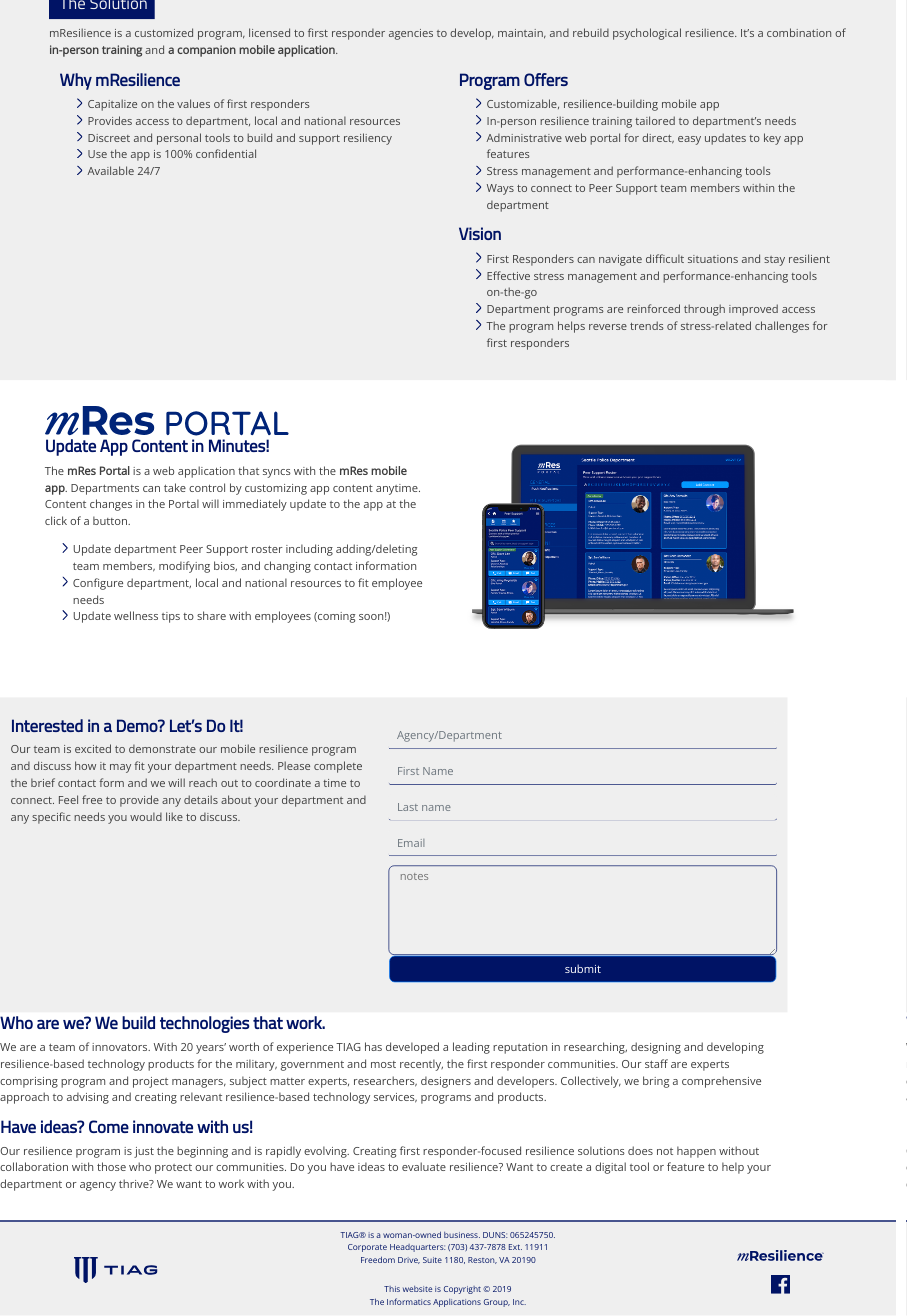
Repository: shenjune/mResilienceWebsite
Page: index.html
An editor plug-in stored every save of this project. The page is shown before and after the next save, followed by the edit.
The browser window is 1280 px wide. The page is 1295 px wide, so the pictures cover 1295 px, including what lies to the right of the window. The pictures show the part of the page from y = 1285 to 3165 px (the page is 3165 px tall before and 3145 px after), at 70% of full size.
Some web libraries are served in a nearby version.

Above is the page before, as saved 2019-11-09 13:09:13.

### index.html
<!doctype html>
<html lang="en">
<head>
	<title>TIAG mResilience</title>
	<!-- Required meta tags -->
	<meta charset="utf-8">
	<meta name="viewport" content="width=device-width, initial-scale=1, shrink-to-fit=no">

	<!-- NOTE: moved reset to before all other stylesheets -->
	<link rel="reset" href="./Assets/reset.css">

	<!-- Google Fonts -->
	<link href="https://fonts.googleapis.com/css?family=Titillium+Web&display=swap" rel="stylesheet">
	<link href="https://fonts.googleapis.com/css?family=Open+Sans&display=swap" rel="stylesheet">

	<!-- Bootstrap CSS -->
	<link rel="stylesheet" href="https://stackpath.bootstrapcdn.com/bootstrap/4.3.1/css/bootstrap.min.css" integrity="sha384-ggOyR0iXCbMQv3Xipma34MD+dH/1fQ784/j6cY/iJTQUOhcWr7x9JvoRxT2MZw1T" crossorigin="anonymous">

	<!-- Font Awesome CSS Icons (For cool glyphicons) -->
	<link rel="stylesheet" href="https://maxcdn.bootstrapcdn.com/font-awesome/4.5.0/css/font-awesome.min.css" />

	<!-- CSS Stylesheet -->
	<!-- NOTE: removed `media="screen"` attribute below since there's only one custom stylesheet -->
	<link rel="stylesheet" href="style.css"/>

</head>

<body>

<!-- 01 Nav -->
	<nav class="navbar navbar-expand-lg nav-bg-color navbar-light" id="nav">
		<a class="navbar-brand" href="#">
			<img src="Assets/Images/mResFullLogo1.svg" alt="mResilience Logo" class="img-fluid">
		</a>
		<button class="navbar-toggler" type="button" data-toggle="collapse" data-target="#navbarSupportedContent" aria-controls="navbarSupportedContent" aria-expanded="false" aria-label="Toggle navigation">
			<span class="navbar-toggler-icon"></span>
		</button>

		<!--Start of NavBar links-->
		<div class="collapse navbar-collapse titillium-font" id="navbarSupportedContent">
			<ul class="navbar-nav ml-auto">
			<!--NavBar Main Link-->
				<li class="nav-item">
					<a class="nav-link" href="#main"><h5 class= "secondFont">Main</h5><span class="sr-only">(current)</span></a>
				</li>
				<!--NavBar Why Link-->
				<li class="nav-item">
					<a class="nav-link" href="#why"><h5 class= "secondFont">The Why</h5></a>
				</li>
				<!--NavBar Features Link-->
				<li class="nav-item">
					<a class="nav-link" href="#portal-div"><h5 class= "secondFont">Features</h5></a>
				</li>
				<!--NavBar Contact Link-->
				<li class="nav-item">
					<a class="nav-link" href="#back-form"><h5 class= "secondFont">Contact</h5></a>
				</li>
				<!--NavBar About Link-->
				<li class="nav-item">
					<a class="nav-link" href="#about"><h5 class= "secondFont">About</h5></a>
				</li>
				<!--NavBar Facebook Link-->
				<li class="nav-item" id="nav-fb">
					<a href="https://www.facebook.com/mresilience/"  target= "_blank" class="nav-link"><img src="Assets/Images/Facebook.svg" alt="facebook logo"></a>
				</li>
				<!--NavBar TIAG Link to www.tiag.net-->
				<li class="nav-item" id="nav-tiag">
					<a href="http://tiag.net" target="_blank" class="nav-link"><img src="Assets/Images/TIAGlogo.svg" height="25Spx" alt="TIAG logo"></a>
				</li>
			</ul>
		</div>
	</nav>

	<!-- 02 Main -->
	<div class="row" id="main">
		<div class="col-lg-7 ml-auto col-sm-12">
			<img src="Assets/Images/01MainPhone.png" width="100%">
		</div>
		<div class="align-left col-lg-5 ml-auto ">
			<!-- Beginning header image and opening paragraph -->
			<img src="Assets/Images/mResLogo.svg" alt="mResLogo" class="mobilePadding" id="mResLogo">
			<h4 class="secondFont mobilePadding">
				Mobile App for First Responders
			</h4>
			<p class="lead mobilePadding" id="leadText">A customizable resilience-building app available 24/7 that provides direct access to peer support, department supported resources, and stress management tools.</p>
		</div>

		<div class="col-12" id="mainBottomImage">
			<!-- NOTE: style this image using id or class in the stylesheet -->
			<img src="Assets/Images/02MainFooterImage.png" id="mainBottomImage" alt="image of first responders">
		</div>
	</div>

	<!-- 03 The Why -->
	<div id="why">
		<div class="container">
			<div class="row">
				<div class="col-12">
					<!-- 03A: First Responder Challenges section-->
					<div id= "3A">
						<div class="row" id="challengesHeader">
							<h4 class="invert">First Responder Challenges</h4>
						</div>

						<!-- 03A: First Responder Challenges text -->
						<div class="row" id="challengeStatement">
							<p>First responders put resilience to the test every day. The ability to “bounce back” is critical to do the work of protecting and saving lives. But the challenges of first responder work hit at the core. <strong>Strengthening</strong> and <strongaintaining resilience</strong> are the cornerstone of any prevention program.</p>
						</div>

						<!-- 03A: Bullet Points -->
						<div class="row" id="titles">
							<!-- STRESS SECTION -->
							<div class="col-lg-6 col-sm-12" id="stressSubHeader">
								<h4 class= "secondFont">Effects of Stress & Trauma</h4>
								<!-- STRESS PTS -->
								<div class="row">
								<!-- STRESS BULLET POINTS I-->
									<div class="col-6" >
										<ul class="checkBullets">
											<li>Burnout</li>
											<li>Obesity</li>
											<li>Substance Abuse</li>
											<li>PTSD</li>
											<li>Depression</li>
										</ul>
									</div>
							<!-- STRESS BULLET POINTS PT II-->
									<div class="col-6" >
										<ul class="checkBullets">
											<li>Anxiety</li>
											<li>Domestic Abuse</li>
											<li>Suicide</li>
											<li>Poor cardiac health</li>
											<li>Agitation/Anger</li>
										</ul>
									</div>
								</div>
							</div>

							<!-- DEPARTMENT SECTION -->
							<div class="col-lg-6 col-sm-12" id="challengesSubHeader">
								<h4 class= "secondFont">Department Challenges</h4>
								<div class="row">
								<!-- DEPARTMENT PTS -->
									<div class="col-12" id="challengebullets">
										<ul class= "exPt">
											<li>Impact of stress on productivity, performance and retention</li>
											<li>Cost-effective ways to address the mental challenges of the job</li>
											<li>The stigma against seeking psychological help</li>
										</ul>
									</div>
								</div>
							</div>
						</div>
					</div>
				</div>
			</div>

			<!--03B: The Solution Section-->
			<div id="solutionSection">
				<!-- Solution Title -->
				<div class="row" id="solutionHeader">
					<h4 class="invert">The Solution</h4>
				</div>

				<!-- Solution Statement -->
				<div class="row" id="solutionStatement">
					<p>mResilience is a customized program, licensed to first responder agencies to develop, maintain, and rebuild psychological resilience. It’s a combination of <strong>in-person training</strong> and <strong>a companion mobile application</strong>.</p>
				</div>

				<!-- Solution Bullet Points -->
				<div class="row" id="titles2">
					<div class="col-lg-6 ml-auto col-sm-12" id="whymResSubHeader">
						<h4 class="secondFont">Why mResilience</h4>
						<ul class="arrow" id="whyBullets">
							<li>Capitalize on the values of first responders</li>
							<li>Provides access to department, local and national resources</li>
							<li>Discreet and personal tools to build and support resiliency</li>
							<li>Use the app is 100% confidential</li>
							<li>Available 24/7</li>
						</ul>
					</div>

				<!-- <div id="programOffers"> -->
					<div class="col-lg-6 ml-auto col-sm-12" id="programSubHeader">
						<h4 class="secondFont">Program Offers</h4>
						<ul class="arrow" id="offerBullets">
							<li>Customizable, resilience-building mobile app</li>
							<li>In-person resilience training tailored to department’s needs</li>
							<li>Administrative web portal for direct, easy updates to key app features</li>
							<li>Stress management and performance-enhancing tools</li>
							<li>Ways to connect to Peer Support team members within the department</li>
						</ul>
					</div>
				</div>

				<!-- Vision Bullet Points -->
				<!-- need to add align left to this div -->
				<div class="row">
					<div class="col-lg-6 ml-auto col-sm-12" id="visionSubheader">
						<h4 class="secondFont">Vision</h4>
						<ul class="arrow">
							<li>First Responders can navigate difficult situations and stay resilient</li>
							<li>Effective stress management and performance-enhancing tools on-the-go</li>
							<li>Department programs are reinforced through improved access</li>
							<li>The program helps reverse trends of stress-related challenges for first responders</li>
						</ul>
					</div>
				</div>
			</div>
		</div>
	</div>

	<!-- 04 PORTAL DIV -->
	<div id= "portal-div" class="row">
		<!-- div for the portal text -->
		<div class="col-lg-6 ml-auto col-sm-12">
			<img id="portallogo" src="Assets/Images/portallogo2.svg" alt="mResLogo">
			<h4 class= "secondFont">Update App Content in Minutes!</h4>
			<p>The <strong>mRes Portal</strong> is a web application that syncs with the <strong>mRes mobile app</strong>. Departments can take control by customizing app content anytime. Content changes in the Portal will immediately update to the app at the click of a button.</p>

			<ul class="arrow">
				<li>Update department Peer Support roster including adding/deleting team members, modifying bios, and changing contact information</li>
				<li>Configure department, local and national resources to fit employee needs</li>
				<li>Update wellness tips to share with employees (coming soon!)</li>
			</ul>
		</div>

	<!-- div for the Feature images -->
		<div class="col-lg-6 col-sm-12">
			<img id='portalImg' src="Assets/Images/portal.png" alt="portalImg">
		</div>
	</div>

	<!---- 05 Contact Form ---->
	<div id="back-form" class="container mobilePadding2 row">
		<div class="col-lg-6 col-sm-12">
			<h4 class="secondFont">Interested in a Demo? Let’s Do It!</h4>
			<p>Our team is excited to demonstrate our mobile resilience program and discuss how it may fit your department needs. Please complete the brief contact form and we will reach out to coordinate a time to connect. Feel free to provide any details about your department and any specific needs you would like to discuss.</p>
		</div>

		<form class= "col-lg-6 col-sm-12" id="back-form2">
		<!-- INPUT SECTION -->
			<div class="form-group" >
				<!-- Department input -->
				<div class="row input-row">
					<input type="text" class="form-control input-border" id="user-dept" placeholder="Agency/Department">
				</div>

				<!-- First name input -->
				<div class="row input-row">
					<input type="text" class="form-control input-border" id="user-name" placeholder="First Name">
				</div>

				<!-- Last name input -->
				<div class="row input-row">
					<input type="text" class="form-control input-border" id="user-last-name" placeholder="Last name">
				</div>

				<!-- Email input -->
				<div class="row input-row">
					<input type="email" class="form-control input-border" id="user-email" placeholder="Email">
				</div>

				<!-- Notes input -->
				<div class="row">
					<label for="message"></label>
					<textarea class="col-lg-12" id="message" name="message" required="required" placeholder="notes"></textarea>
				</div>

			<!-- Submit button -->
				<div class="row">
					<button type="submit" class="btn btn-primary" id="send">submit</button>
				</div>
			</div>
		</form>
	</div>

	<!--06 About TIAG goes here-->
	<div id="about" class="container mobilePadding2 row">
		<div id = "whoWeAre">
			<h4 class="secondFont">
				<strong>Who are we?</strong>  We build technologies that work.
			</h4>
		</div>
		<div id ="whoWeAreP">
			<p>We are a team of innovators. With 20 years’ worth of experience TIAG has developed a leading reputation in researching, designing and developing resilience-based technology products for the military, government and most recently, the first responder communities. Our staff are experts comprising program and project managers, subject matter experts, researchers, designers and developers. Collectively, we bring a comprehensive approach to advising and creating relevant resilience-based technology services, programs and products.</p>
		</div>

		<div id="haveIdeas">
			<h4 class="secondFont">
				<strong>Have ideas?</strong> Come innovate with us!
			</h4>
		</div>

		<div id="haveIdeasP">
			<p>Our resilience program is just the beginning and is rapidly evolving. Creating first responder-focused resilience solutions does not happen without collaboration with those who protect our communities. Do you have ideas to evaluate resilience? Want to create a digital tool or feature to help your department or agency thrive? We want to work with you.</p>
		</div>
		<br>
	</div>

	<!-- FOOTER FOR THE WEBSITE -->
	<footer class="footer">
		<div id= "" class="container">
			<div id= "footer-row" class="row">
			<!-- footer conditions in Javascript will reference this div -->
			</div>
		</div>
	</footer>

	<!-- Optional JavaScript -->
	<!-- jQuery first, then Popper.js, then Bootstrap JS -->
	<script src="https://code.jquery.com/jquery-3.1.1.min.js"></script>
	<script src="https://cdnjs.cloudflare.com/ajax/libs/twitter-bootstrap/4.0.0/js/bootstrap.bundle.min.js"></script>

	<!-- commented out to make nytimes api work -->
	<!-- <script src="https://code.jquery.com/jquery-3.3.1.slim.min.js" integrity="sha384-q8i/X+965DzO0rT7abK41JStQIAqVgRVzpbzo5smXKp4YfRvH+8abtTE1Pi6jizo" crossorigin="anonymous"></script> -->
	<script src="https://cdnjs.cloudflare.com/ajax/libs/popper.js/1.14.7/umd/popper.min.js" integrity="sha384-UO2eT0CpHqdSJQ6hJty5KVphtPhzWj9WO1clHTMGa3JDZwrnQq4sF86dIHNDz0W1" crossorigin="anonymous"></script>
	<script src="https://stackpath.bootstrapcdn.com/bootstrap/4.3.1/js/bootstrap.min.js" integrity="sha384-JjSmVgyd0p3pXB1rRibZUAYoIIy6OrQ6VrjIEaFf/nJGzIxFDsf4x0xIM+B07jRM" crossorigin="anonymous"></script>

	<!-- script link to send email from contact form to tiag -->
	<script src="https://smtpjs.com/v3/smtp.js"></script>
	<script src="script.js"></script>

</body>
</html>

### style.css
/* BODY */

body {
    /*  APPLIES OPEN SANS WITH GREY COLOR TO WHOLE PAGE */
    /*  Desired effect is making all text the grey and sans */
    font-family: 'Open Sans', sans-serif;
    color: #3e3e3e;
    width: 100%;
    font-weight: normal;
}

/*  CLASS FOR TITILLIUM FONT WITH BLUE COLOR */

.secondFont {
    font-family: 'Titillium Web', sans-serif;
    color: #001365;
    font-weight: bold;
}

/*  CLASS FOR INVERTED HEADER */

.invert {
    margin-top: 15px;
    font-family: 'Titillium Web', sans-serif;
    color: #eeeeee;
    background-color: #001365;
    padding: 10px;
    padding-left: 15px;
}

/* 01 Nav */

/*scroll-behavior animation for Chrome and FoxFire*/
html {
    scroll-behavior: smooth;
}

#nav{
    position: fixed;
    z-index: 1;
}

nav {
    background-color: #efefef;
    border-bottom: 2px solid #001365;
    top: 0;
    width: 100%;
}

.nav-link {
    margin-right: 15px;
    padding: 5px;
    margin-top: 0px;
    align-items: center;
    justify-content: center;
    }

.nav-link h5:hover {
    font-family: 'Titillium Web', sans-serif;
    color: #eeeeee;
    background-color: #001365;
    }


/* 02 Main Section */

div#main.row{
    margin-top: 8%;
}

#main h4 {
    margin-top: 30px;
}

#mResLogo {
    margin-top: 5%;
}

#mainBottomImage {
    width: 100%;
    height: auto;
    margin: 0 auto;
    position: relative;
    top: 0;
    bottom:0;
    z-index: -1;
}
/* White mResilience Logo that overlays on the people picture under the mobile app image in 02. Main section*/
/*div img#whiteLogo {
    margin: 10% 35%;
    position: absolute;
} */

/* 03 The Why Section */

#why {
    background:#efefef;
    padding-bottom: 2%;
}

.checkBullets {
    list-style-image: url('Assets/Images/02checkmark.svg');
}

.exPt {
    list-style-image: url('Assets/Images/02exclamation.svg');
}

.arrow {
    list-style-image: url('Assets/Images/02arrow.svg')
}

/* 04 Portal Section*/

#portal-div {
    color:#3e3e3e;
    background:white;
    width:100%;
    padding-top: 2%;
    padding-left: 5%;
    padding-right: 5%;
    padding-bottom:5%;
}

#portallogo {
    height: 12%;
    margin-top: 2%;

}

#portalImg {
    width:100%;
    height:auto;
    padding-top: 8%;
    padding-right:3%;
}

/* 05 contact form */

#back-form {
    background:#efefef;
    padding-top: 2%;
    padding-bottom: 2%;
}
div.container div.row h4.secondFont{
    padding-top: 0%;
}

div.container div.row form#back-form.col-lg-6.col-sm-12{
    padding-top:2%;
    padding-left: 0%;
}
/* 05 Contact form border & background color by ID */

.input-row {
    margin-top:10px;
    margin-bottom:10px;
}

#user-dept {
    background:#efefef;
}

#user-name {
    background:#efefef;
}

#user-last-name {
    background:#efefef;
}

#user-email {
    background:#efefef;
}

#message{
    border-radius: 8px;
    height: 8em;
    border: 1.5px solid #001365;
    background:#efefef;
}

.input-border {
    border-style: none;
    border-bottom: 1.5px solid #001365;
    margin-bottom: .20em;
}

#send{
    width: 100%;
    margin: 1px;
    background-color: #001365;
    border-radius:8px;
}

#send:hover{
    background-color: #EFEFEF;
    color:#001365;
}

/*Footer*/
.footer {
    border-top: 2px solid #001365;
    padding: 10px;
    bottom: 0;
    width: 100%;
    background: #efefef;
    text-align: center;
    color: #001365;
    float: left;

}

.pFooter {
    font-size: 12px;
    margin: 0px;
    line-height: 1.5em;
}

.footerImage {
    padding: 10px;
    margin-left: auto;
    margin-right: auto;
}

h3 {
    color: #001365;
}

/* when the screen is mobile the padding for the 02 Main section and 06 About sections are given more space for readability */
@media only screen and (max-width:600px){
    .mobilePadding {
        padding-left:13%;
        padding-right: 5%;
    }

    .mobilePadding2 {
        padding-left: 8%;
        padding-right: 5%;
    }

    #portallogo {
        height: 10%;
        padding-bottom: 3%;
    }
};

/* when the screen is for a desktop the padding for the 02 Main is change for nicer visual spacing */
@media only screen and (min-width: 768px) {
    #leadText {
        padding-right: 15%;
    }

    #portallogo {
        height: 12%;
        padding-bottom: 3%;
    }
};

Loaded but not shown: script.js (135 lines, source omitted)

After the next save:
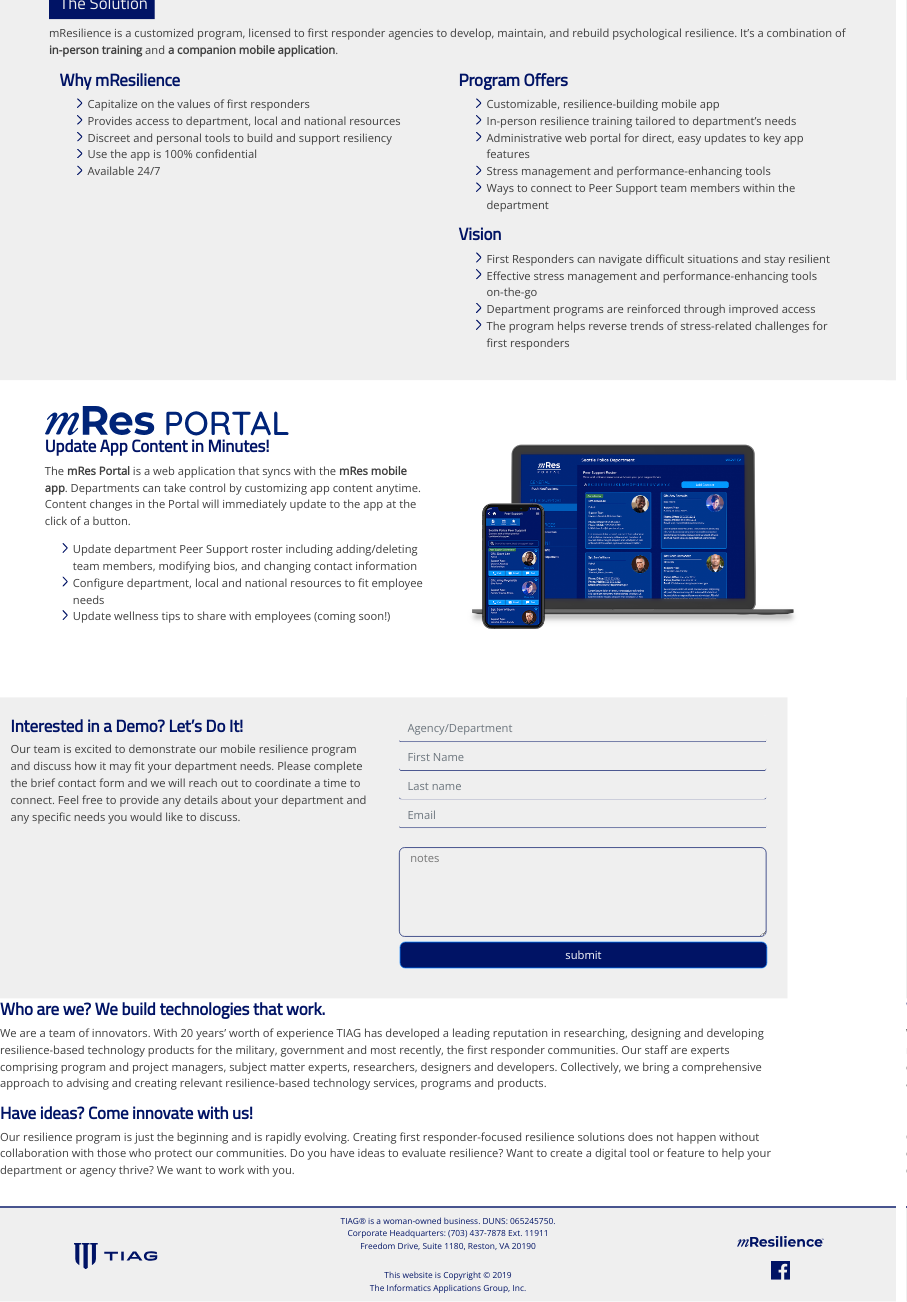
Saved 68 s later.
--- a/index.html
+++ b/index.html
@@ -243,35 +243,23 @@
 		<!-- INPUT SECTION -->
 			<div class="form-group" >
 				<!-- Department input -->
-				<div class="row input-row">
-					<input type="text" class="form-control input-border" id="user-dept" placeholder="Agency/Department">
-				</div>
+				<input type="text" class="form-control input-border" id="user-dept" placeholder="Agency/Department">
 
 				<!-- First name input -->
-				<div class="row input-row">
-					<input type="text" class="form-control input-border" id="user-name" placeholder="First Name">
-				</div>
+				<input type="text" class="form-control input-border" id="user-name" placeholder="First Name">
 
 				<!-- Last name input -->
-				<div class="row input-row">
-					<input type="text" class="form-control input-border" id="user-last-name" placeholder="Last name">
-				</div>
+				<input type="text" class="form-control input-border" id="user-last-name" placeholder="Last name">
 
 				<!-- Email input -->
-				<div class="row input-row">
-					<input type="email" class="form-control input-border" id="user-email" placeholder="Email">
-				</div>
+				<input type="email" class="form-control input-border" id="user-email" placeholder="Email">
 
 				<!-- Notes input -->
-				<div class="row">
-					<label for="message"></label>
-					<textarea class="col-lg-12" id="message" name="message" required="required" placeholder="notes"></textarea>
-				</div>
+				<label for="message"></label>
+				<textarea class="col-lg-12" id="message" name="message" required="required" placeholder="notes"></textarea>
 
 			<!-- Submit button -->
-				<div class="row">
-					<button type="submit" class="btn btn-primary" id="send">submit</button>
-				</div>
+				<button type="submit" class="btn btn-primary" id="send">submit</button>
 			</div>
 		</form>
 	</div>
